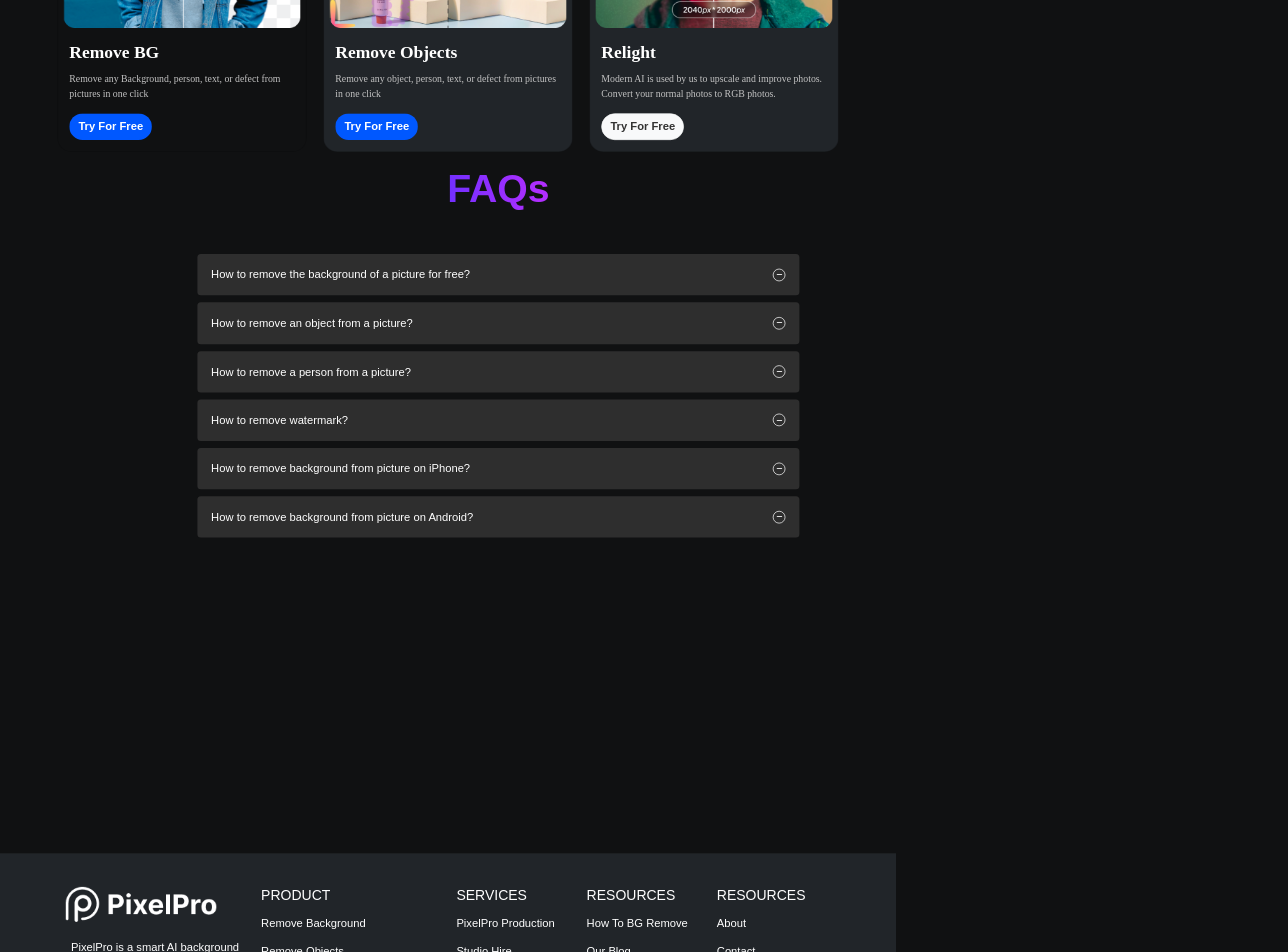
Repository: LuongTienThinh/lvh
Page: Relight Design/index.html
The author's editor kept a copy of each file at every save. The page is drawn from the files as they stood at one save, then again after the next save.
The browser window is 1280 px wide. The page is 1840 px wide, so the pictures cover 1840 px, including what lies to the right of the window. The pictures show the part of the page from y = 2930 to 4290 px (the page is 4541 px tall before and 4691 px after), at 70% of full size.
Some web fonts or font styles are not loaded; a fallback is used.

Above is the page before, as saved 2023-11-30 11:09:02.

After the next save:
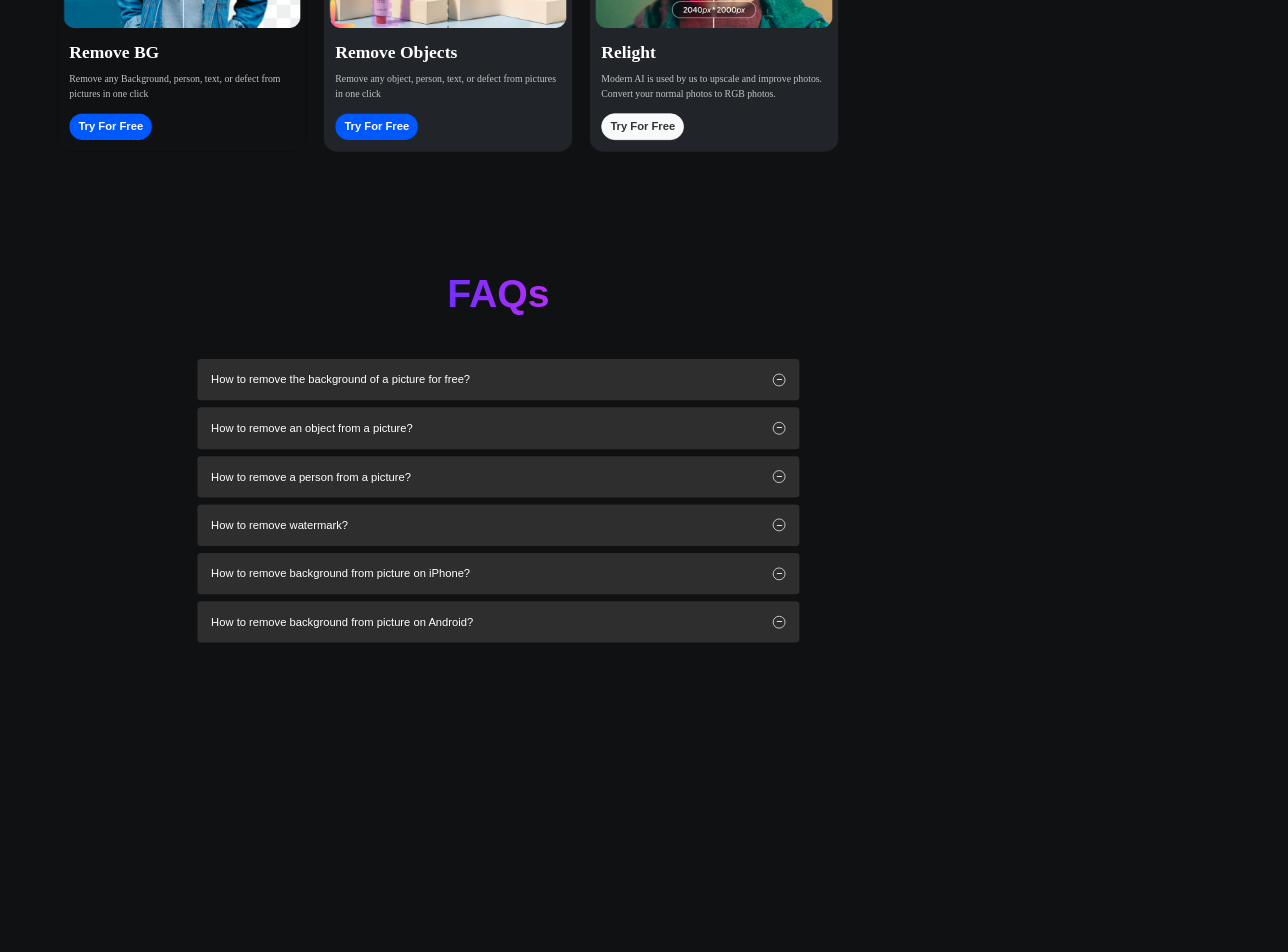
Saved 35 s later.
--- a/Relight Design/index.html
+++ b/Relight Design/index.html
@@ -177,7 +177,7 @@
         </div>
         </div>
         <section>
-          <div class="container" style="margin-top:300px; margin-left:700px">
+          <div class="container" style="margin-top:450px; margin-left:700px">
     <div class="faqs">
         <h2 class="title">FAQs</h2>
         <div class="accordion" id="accordionPanelsStayOpenExample">
